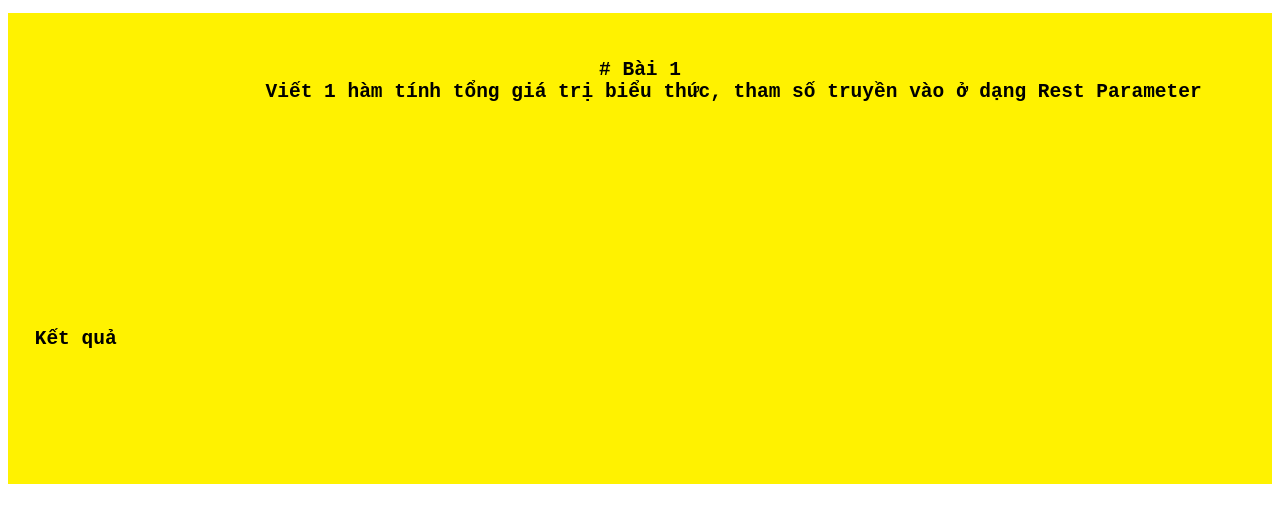
Repository: Dongnguyen318/Quydong
Page: Day 22.1/ex01.html
These files come from the project's save history. The page is drawn as it stood at one moment and after the next save; the edit follows.
The browser window is 1280 px wide. The pictures show the whole page.

Above is the page before, as saved 2023-09-05 22:52:51.

### Day 22.1/ex01.html
<!DOCTYPE html>
<html lang="en">
  <head>
    <meta charset="UTF-8" />
    <meta name="viewport" content="width=device-width, initial-scale=1.0" />
    <title>Document</title>
    <link
      rel="stylesheet"
      href="https://cdn.jsdelivr.net/npm/prismjs@1.29.0/themes/prism-okaidia.min.css"
    />
    <script src="./js/1.js"></script>
  </head>
  <body>
    <pre style="background-color: rgb(255, 242, 0)">
        <code >
            <h2 style="text-align: center;"># Bài 1
                Viết 1 hàm tính tổng giá trị biểu thức, tham số truyền vào ở dạng Rest Parameter</h2>
<p style="text-align: center;">
    <pre>
        <code class="language-js">
        </code>
    </pre>
    <h2 style="padding: 15px;" > Kết quả</h2>


</p>
        </code>
    </pre>
    <br />
    <br />
    <pre>
        <code class="language-js">

        </code>
    </pre>
    <script src="https://cdn.jsdelivr.net/npm/prismjs@1.29.0/components/prism-core.min.js"></script>
    <script src="https://cdn.jsdelivr.net/npm/prismjs@1.29.0/plugins/autoloader/prism-autoloader.min.js"></script>
  </body>
</html>

Loaded but not shown: Day 22.1/js/1.js (no stored copy; drawn as an empty file)

After the next save:
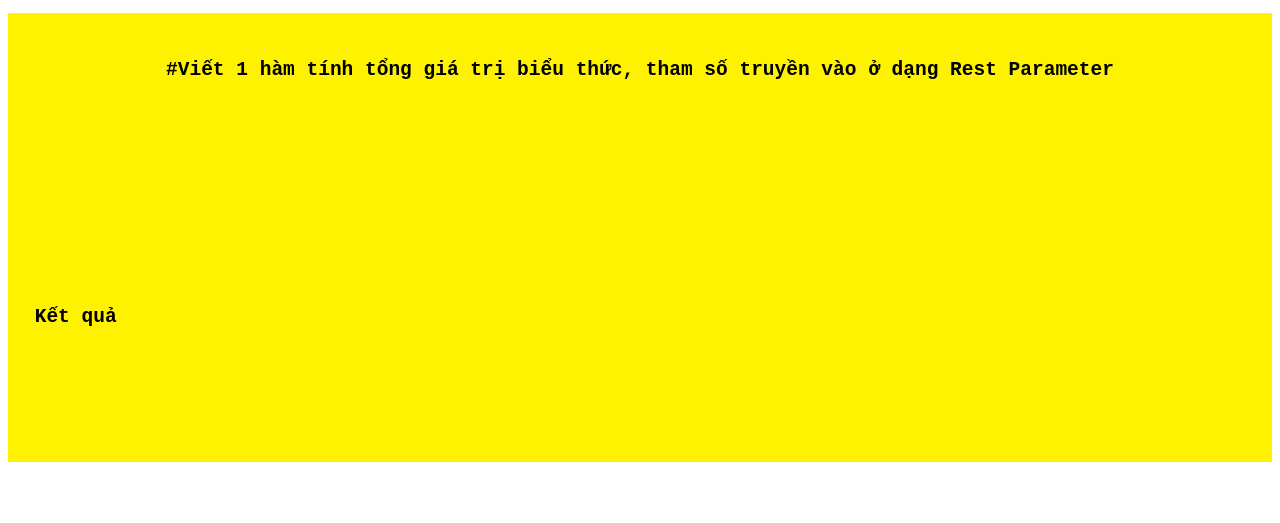
Saved 18 s later.
--- a/Day 22.1/ex01.html
+++ b/Day 22.1/ex01.html
@@ -13,8 +13,7 @@
   <body>
     <pre style="background-color: rgb(255, 242, 0)">
         <code >
-            <h2 style="text-align: center;"># Bài 1
-                Viết 1 hàm tính tổng giá trị biểu thức, tham số truyền vào ở dạng Rest Parameter</h2>
+            <h2 style="text-align: center;">#Viết 1 hàm tính tổng giá trị biểu thức, tham số truyền vào ở dạng Rest Parameter</h2>
 <p style="text-align: center;">
     <pre>
         <code class="language-js">
